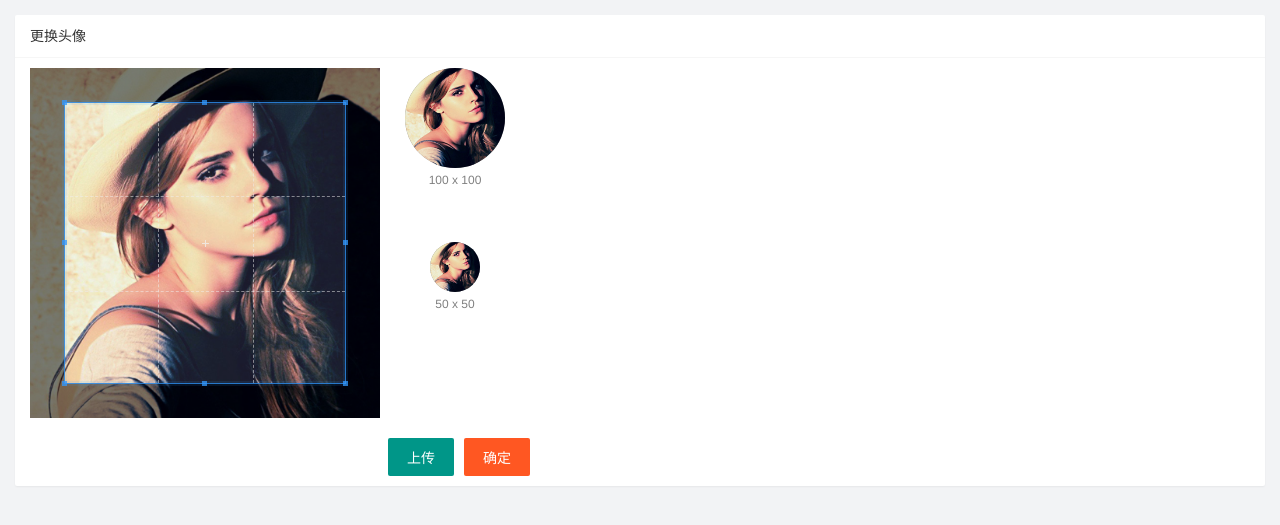
Repository: 1zhoukexin/web_aad
Page: user/user.avatar.html
These files come from the project's save history. The page is drawn as it stood at one moment and after the next save; the edit follows.
The browser window is 1280 px wide. The pictures show the whole page.

Above is the page before, as saved 2021-04-17 15:03:02.

After the next save:
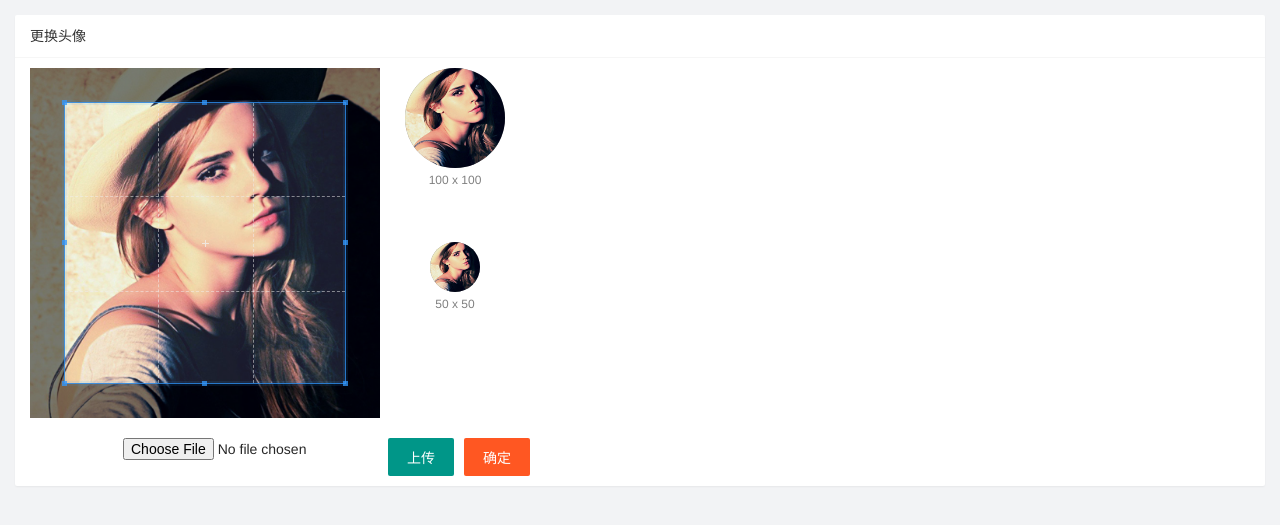
Saved 6 min 52 s later.
--- a/user/user.avatar.html
+++ b/user/user.avatar.html
@@ -40,6 +40,7 @@
 
             <!-- 第二行的按钮区域 -->
             <div class="row2">
+                <input type="file" id="file">
                 <button type="button" class="layui-btn">上传</button>
                 <button type="button" class="layui-btn layui-btn-danger">确定</button>
             </div>

After the 2 saves that followed:
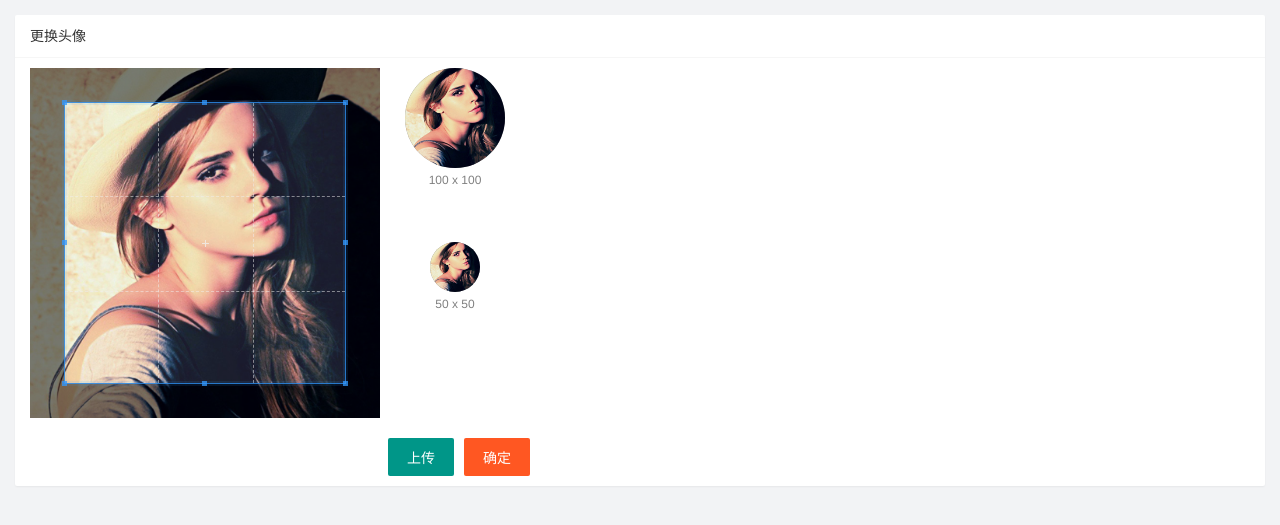
The 2 saves are shown as one change because they came seconds apart.
The last was saved 33 s later.
--- a/assets/css/user/user.avarar.css
+++ b/assets/css/user/user.avarar.css
@@ -87,3 +87,7 @@ body {
     overflow: hidden;
     border-radius: 50%;
 }
+
+#file {
+    display: none;
+}
